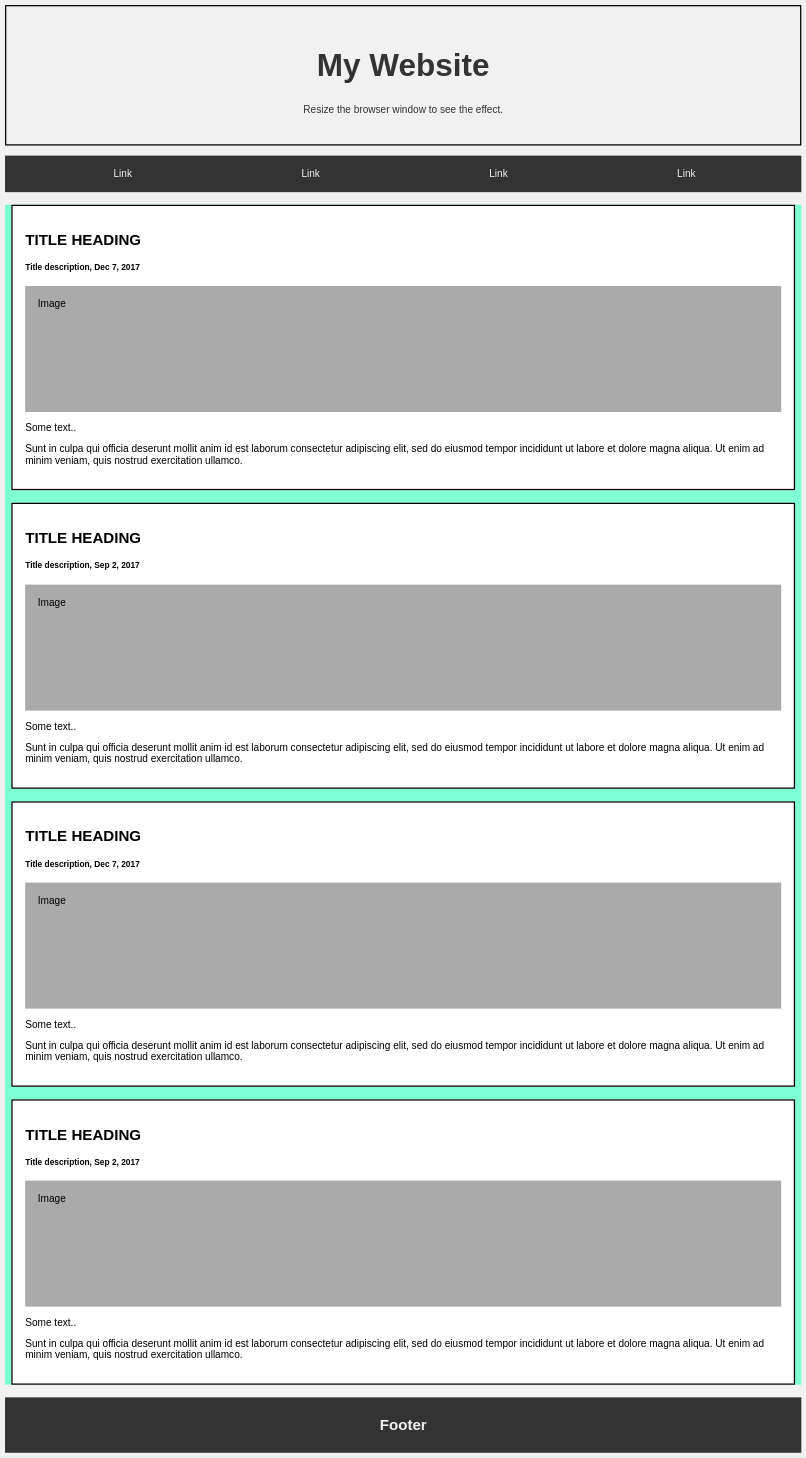
Repository: Divineridh/LPPAChallenges
Page: Trabajos en Clase/ejercicio web responsive/ejercicio.html
The author's editor kept a copy of each file at every save. The page is drawn from the files as they stood at one save, then again after the next save.
The browser window is 1280 px wide. The pictures show the whole page, at 63% of full size.

Above is the page before, as saved 2022-05-03 21:19:20.

### Trabajos en Clase/ejercicio web responsive/ejercicio.html
<!DOCTYPE html>
<html lang="en">
<head>
  <meta charset="UTF-8">
  <meta http-equiv="X-UA-Compatible" content="IE=edge">
  <meta name="viewport" content="width=device-width, initial-scale=1.0">
  <link rel="stylesheet" href="./ejercicio.css">
  <link rel="stylesheet" href="./media.css">
  <title>Actividad - Semana 5</title>
</head>
<body>
  <header class="header">
    <h1>My Website</h1>
    <p>Resize the browser window to see the effect.</p>
  </header>
  <nav>
    <ul class="list">
      <li class="item"><a href="#">Link</a></li>
      <li class="item"><a href="#">Link</a></li>
      <li class="item"><a href="#">Link</a></li>
      <li class="item"><a href="#">Link</a></li>
    </ul>
  </nav>
  <main class="content">
    <div class="left-column">
      <article class="card">
        <h2>TITLE HEADING</h2>
        <h5>Title description, Dec 7, 2017</h5>
        <div class="fakeimg hidden">Image</div>
        <p>Some text..</p>
        <p>Sunt in culpa qui officia deserunt mollit anim id est laborum consectetur adipiscing elit, sed do eiusmod tempor incididunt ut labore et dolore magna aliqua. Ut enim ad minim veniam, quis nostrud exercitation ullamco.</p>
      </article>
      <article class="card">
        <h2>TITLE HEADING</h2>
        <h5>Title description, Sep 2, 2017</h5>
        <div class="fakeimg hidden">Image</div>
        <p>Some text..</p>
        <p>Sunt in culpa qui officia deserunt mollit anim id est laborum consectetur adipiscing elit, sed do eiusmod tempor incididunt ut labore et dolore magna aliqua. Ut enim ad minim veniam, quis nostrud exercitation ullamco.</p>
      </article>
    </div>
    <div class="right-column">
      <article class="card">
        <h2>TITLE HEADING</h2>
        <h5>Title description, Dec 7, 2017</h5>
        <div class="fakeimg hidden">Image</div>
        <p>Some text..</p>
        <p>Sunt in culpa qui officia deserunt mollit anim id est laborum consectetur adipiscing elit, sed do eiusmod tempor incididunt ut labore et dolore magna aliqua. Ut enim ad minim veniam, quis nostrud exercitation ullamco.</p>
      </article>
      <article class="card">
        <h2>TITLE HEADING</h2>
        <h5>Title description, Sep 2, 2017</h5>
        <div class="fakeimg hidden">Image</div>
        <p>Some text..</p>
        <p>Sunt in culpa qui officia deserunt mollit anim id est laborum consectetur adipiscing elit, sed do eiusmod tempor incididunt ut labore et dolore magna aliqua. Ut enim ad minim veniam, quis nostrud exercitation ullamco.</p>
      </article>
    </div>
  </main>
  <footer class="footer">
    <h2>Footer</h2>
  </footer>
</body>
</html>

### Trabajos en Clase/ejercicio web responsive/ejercicio.css
* {
  box-sizing: border-box;
}

body {
  font-family: Arial;
  background: #f1f1f1;
}

/* Header */

.header {
  padding: 30px;
  text-align: center;
  color: #333;
  background-color: #f1f1f1;
  border: 2px solid black;
}

.header h1 {
  font-size: 50px;
}

/* Navbar */

nav {
  background-color: #333;
}

.item {
  display: inline-block;
  padding: 20px 0;
  width: 24%;
  text-align: center;
  text-decoration: none;
  color: #f2f2f2;
}

.item > a {
  text-decoration: none;
  color: #f2f2f2;
}

.item a:hover {
  color: aquamarine;
}

/* Content */

.left-column, .right-column {
  width: 100%;
  padding: 0;
}

/* Fake image */

.fakeimg {
  height: 200px;
  background-color: #aaa;
  width: 100%;
  padding: 20px;
}

/* Article */

.card {
  background-color: white;
  padding: 20px;
  margin: 20px 10px;
  border: 2px solid black;
}

/* Footer */

.footer {
  clear: both;
  padding: 10px;
  color: #f1f1f1;
  text-align: center;
  background-color: #333;
}

### Trabajos en Clase/ejercicio web responsive/media.css
@media screen and (max-width: 600px) {
    .content {
        background-color: white;
    }
}

@media screen and (min-width: 601px) {
    .content {
        background-color: lightblue;
    }
}

@media screen and (min-width: 992px) {
    .content {
        background-color: aquamarine;
    }
}

After the next save:
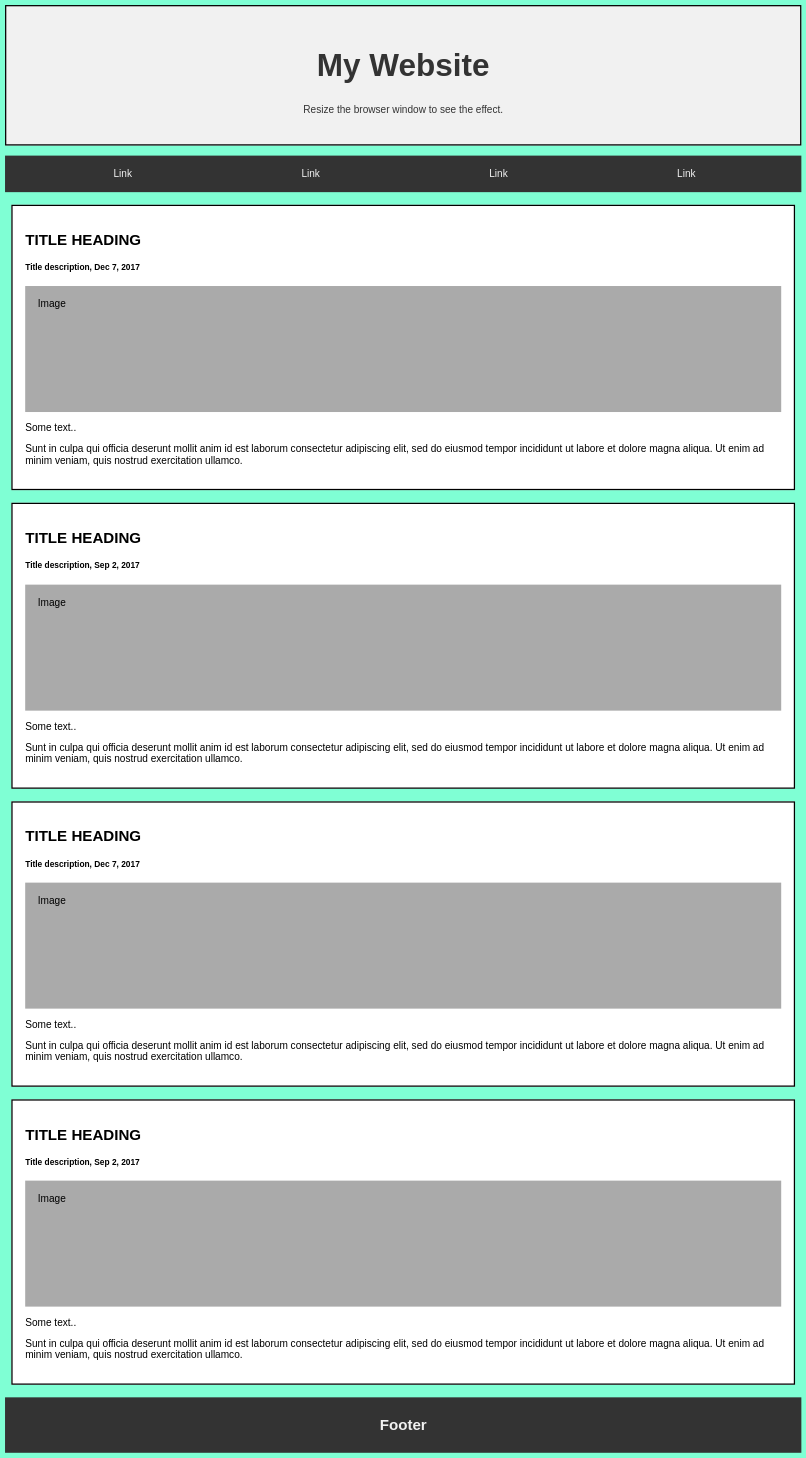
Saved 52 s later.
--- a/Trabajos en Clase/ejercicio web responsive/media.css
+++ b/Trabajos en Clase/ejercicio web responsive/media.css
@@ -1,17 +1,17 @@
 @media screen and (max-width: 600px) {
-    .content {
+    body {
         background-color: white;
     }
 }
 
 @media screen and (min-width: 601px) {
-    .content {
+    body {
         background-color: lightblue;
     }
 }
 
 @media screen and (min-width: 992px) {
-    .content {
+    body {
         background-color: aquamarine;
     }
 }
